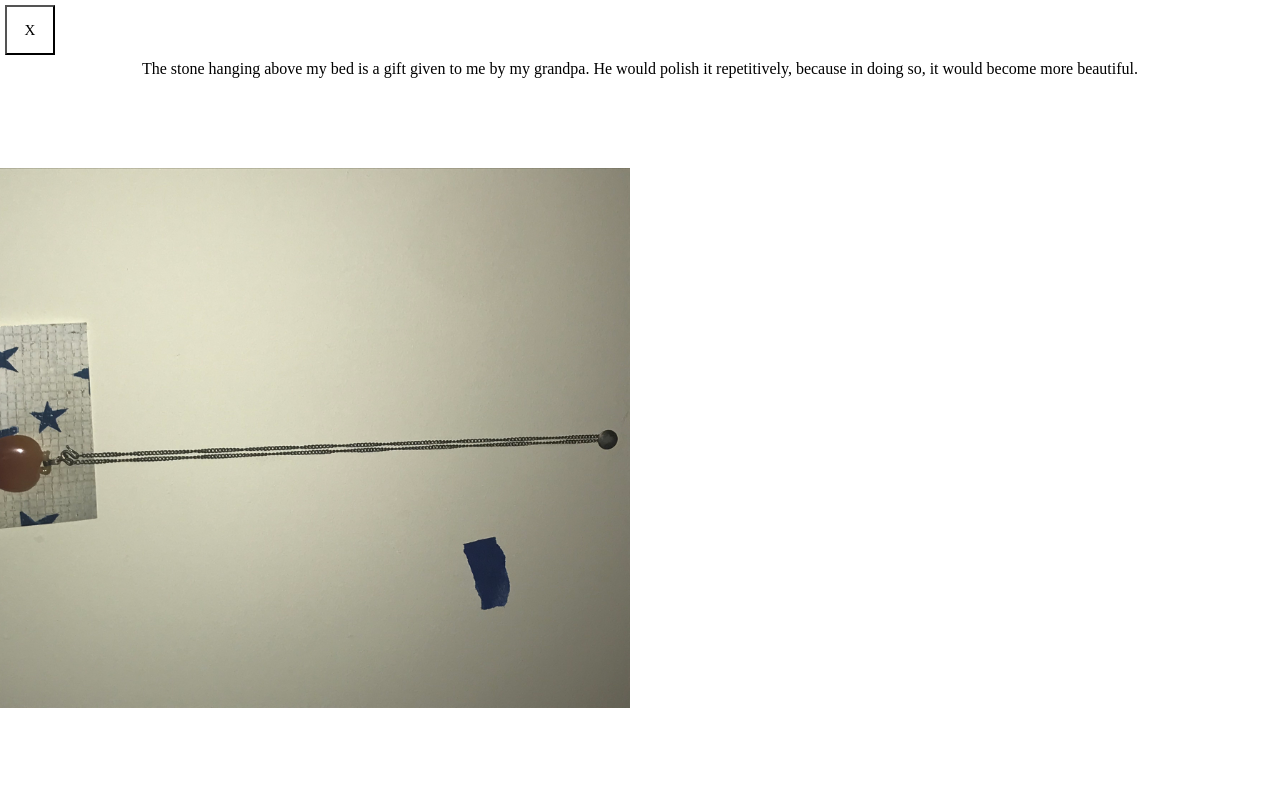
Repository: xuc009/assignment-4
Page: what.html
These files come from the project's save history. The page is drawn as it stood at one moment and after the next save; the edit follows.
The browser window is 1280 px wide. The pictures show the whole page.

Above is the page before, as saved 2019-12-11 16:18:54.
Console error: TypeError: Cannot read properties of null (reading 'addEventListener')

### what.html
<!DOCTYPE html>
<html>
<head>
	<meta charset="utf-8">
	<meta name="viewport" content="width=device-width, initial-scale=1, minimum-scale=1.0, user-scalable=no">
	<title>thing above my bed</title>
	<link rel="stylesheet" type="text/css" href="assets/style.css">
	<script type="text/javascript" src="assets/storageAvailable.js"></script>
	<script type="text/javascript" src="assets/script2.js"></script>
	<script src="assets/timeme.min.js"></script>

</head>
<body>

	<a href="index.html"><button id="question">X</button>
	</a>

	<div id="description">
		<p>The stone hanging above my bed is a gift given to me by my grandpa. He would polish it repetitively, because in doing so, it would become more beautiful. </p>
	</div>

	<img src="assets/stone.jpg">

</body>
</html>

### assets/style.css
*{
	padding: 0;
	margin: 0;
}

#root{
	background-color: magenta;
	width: 100vw;
	height: 100vh;
	position: absolute;
	top: 50%;
	left: 50%;
	transform: translate(-50%, -50%);
	z-index: 9;
}

#background{
	height: 100vh;
	width: 100vw;
	background-color: magenta;
	z-index: -4;
}

#question{
	background-color: white;
	width: 50px;
	height: 50px;
	z-index: 10;
	color: black;
	font-family: 'Times New Roman', Times, serif;
	font-size: 15px;
	margin: 5px;
}

img{
	height: 100vh;
	transform: rotate(90deg);
}

#description{
	text-align: center;
}

### assets/storageAvailable.js
function storageAvailable(type) {
    var storage;
    try {
        storage = window[type];
        var x = '__storage_test__';
        storage.setItem(x, x);
        storage.removeItem(x);
        return true;
    }
    catch(e) {
        return e instanceof DOMException && (
            // everything except Firefox
            e.code === 22 ||
            // Firefox
            e.code === 1014 ||
            // test name field too, because code might not be present
            // everything except Firefox
            e.name === 'QuotaExceededError' ||
            // Firefox
            e.name === 'NS_ERROR_DOM_QUOTA_REACHED') &&
            // acknowledge QuotaExceededError only if there's something already stored
            (storage && storage.length !== 0);
    }
}

### assets/script2.js
console.log("local storage demo file");

var checkForItems = function () {
	if (!storageAvailable('localStorage')) { return; } // if we can use localStorage, don't return


	if (localStorage.getItem('background')) {
		// if item exists:
		console.log("yes!")
		var newColor = localStorage.getItem('background');
		// convert item?

		// apply item data to site:
		document.getElementById("root").style.backgroundColor = newColor;

	}
	else {
		console.log("no");
	}

	if (localStorage.getItem("count")) {
		count = parseInt(localStorage.getItem("count"));

		// update the css of the stone for wherever it was left off

	}

	if (localStorage.getItem("size")) {
		var size = localStorage.getItem("size");
		size = parseInt(size);

		// update the css of the stone for wherever it was left off
		document.getElementById("root").style.height = `${size}px`;
		document.getElementById("root").style.width = `${size}px`;
	}

	if (localStorage.getItem("borderRadius")) {
		var borderRadius = parseInt(localStorage.getItem("borderRadius"));
		// update the css of the stone for wherever it was left off
		document.getElementById("root").style.borderRadius = `${borderRadius}%`;
	}

	if (localStorage.getItem("width")){
		var width = parseInt(localStorage.getItem("width"));
		console.log("yes width");
		// update the css of the stone for wherever it was left off
		document.getElementById("root").style.width = `${width}px`;
	}

	if (localStorage.getItem("height")){
		var width = parseInt(localStorage.getItem("height"));
		console.log("yes height");
		// update the css of the stone for wherever it was left off
		document.getElementById("root").style.height = `${width}px`;
	}
}



// var saveUserInfo = function(){


// 	})

// 	TimeMe.initialize({
// 		currentPageName: "my-home-page", // current page
// 		idleTimeoutInSeconds: 30 // seconds
// 		});

// 		// ... Some time later ...

// 		// Retrieve time spent on current page
// 		var timeSpentOnPage = TimeMe.getTimeOnCurrentPageInSeconds();
// 		console.log("time:", timeSpentOnPage);

// 		TimeMe.callAfterTimeElapsedInSeconds(15, function(){
// 			console.log("The user has been actively using the page for 15 seconds! Let's prompt them with something.");

// 			newRed=255;
// 			newBlue=0;
// 			newGreen=0;

// 			var newColor = `rgb(${newRed}, ${newGreen}, ${newBlue})`
// 			localStorage.setItem('background', newColor);
// 			document.getElementById("root").style.backgroundColor= newColor;
// 		});

// }


// once content has been loaded
window.addEventListener('DOMContentLoaded', function () {
	checkForItems();
	// saveUserInfo(); // run saving user info
	stoneInteraction();
});



var red, blue, green, borderRadius;

//here:
// update count variable based off of localstorage item



var count = 0;
count = parseInt(count);

var colorChange = function (){

	var myDiv = document.getElementById("root");
	var goingup = true;
	var greenGoingup = true;
	var blueGoingup = true;

	myDiv.addEventListener('mousemove', function () {
		var currentColor = myDiv.style.backgroundColor;
		console.log(myDiv.style.backgroundColor);

		currentColor = currentColor.substring(4, currentColor.length - 1)
			.replace(/ /g, '')
			.split(',');

		console.log("current color:", currentColor);

		var red = currentColor[0];
		red = parseInt(red);
		var green = currentColor[1];
		green = parseInt(green);
		var blue = currentColor[2];
		blue = parseInt(blue);


		//var newRed = red + 1;
		var newGreen = green - 2;
		var newBlue = blue + 1;



		//RED
		if (goingup === true) {
			newRed = red + 2;
			console.log("going up", newRed)
			console.log (goingup)
			if (red >= 255) {
				goingup = false
			}
		} else {
			newRed = red - 2;
			if (red <= 0) {
				goingup = true;
			}
		}
		//GREEN
		if (greenGoingup === true) {
			newGreen = green + 6;
			if (green >= 255) {
				greenGoingup = false
			}
		} else {
			newGreen = green - 6;
			if (green <= 0) {
				greenGoingup = true;
			}
		}
		//BLUE
		if (blueGoingup === true) {
			newGreen = blue + 9;
			// console.log("going up", newRed)
			if (blue >= 255) {
				blueGoingup = false
			}
		} else {
			newBlue = blue - 9;
			// console.log("going down", newRed)
			if (blue <= 0) {
				blueGoingup = true;
			}
		}

		var newColor = `rgb(${newRed}, ${newGreen}, ${newBlue})`


		// save or overwrite item:
		localStorage.setItem('background', newColor);


		// update site:
		myDiv.style.backgroundColor = newColor;

	})

}

var stoneInteraction = function () {

	var myDiv = document.getElementById("root");

	myDiv.addEventListener("mouseenter", function () {

		count++;
		localStorage.setItem('count', count);
		console.log("count:", count);

		if (count > 0 && count <= 200) {
			colorChange();
		}else if (count > 200 && count <= 400) {
			//DECREASE TO SQUARE
				myDiv.addEventListener("mouseover", function () {
					var currentSize = myDiv.offsetWidth;
					currentSize = parseInt(currentSize);
					console.log("current size:", currentSize);
					var newSize = currentSize - .5;
					console.log("NEW size:", newSize)
					// save or overwrite item:
					localStorage.setItem('size', newSize);

					// update site:
					myDiv.style.height = `${newSize}px`;
					myDiv.style.width = `${newSize}px`;
				})

		} else if (count >= 400 && count < 800){
			//ROUND UNTIL CIRCULAR
			var newBorderRadius = (count / 100) * 5 + "%";
			console.log("border radius:", myDiv.style.borderRadius);
			localStorage.setItem('borderRadius', newBorderRadius);
			myDiv.style.borderRadius = newBorderRadius;

		} else if (count >= 800 && count < 1500) {
			//lengthen and flatten until line
			localStorage.setItem('borderRadius', 50 + "%");
			var newWidth = myDiv.offsetWidth + (count/50) + "px";
			var newHeight = myDiv.offsetHeight - (count/150) + "px";
			myDiv.style.width = `${newWidth}`;
			myDiv.style.height = `${newHeight}`;
			console.log(newHeight);
			localStorage.setItem(`height`, newHeight);
			localStorage.setItem('width', newWidth);
		} else if (count >= 1500 && count < 4000) {
			//line sinks
			var background = document.getElementById("background");
			background.style.backgroundColor=red;
			localStorage.setItem(`height`, 10 +"px");
			localStorage.setItem(`width`, 10 +"px");
			var newTopPosition = myDiv.offsetTop + 10 + "px";
			console.log("top",myDiv.offsetTop);
			myDiv.style.top = newTopPosition;
			localStorage.setItem('topPositon', newTopPosition);
		} else if (count >= 4000 && count < 5000)
			//line refils with a background interaction??
			localStorage.setItem("width", 100 +"vw");
			var newHeightLarge =myDiv.offsetHeight + 10 + "px";
			myDiv.style.height= newHeightLarge;
		})
	}

Loaded but not shown: assets/timeme.min.js (library)

After the next save:
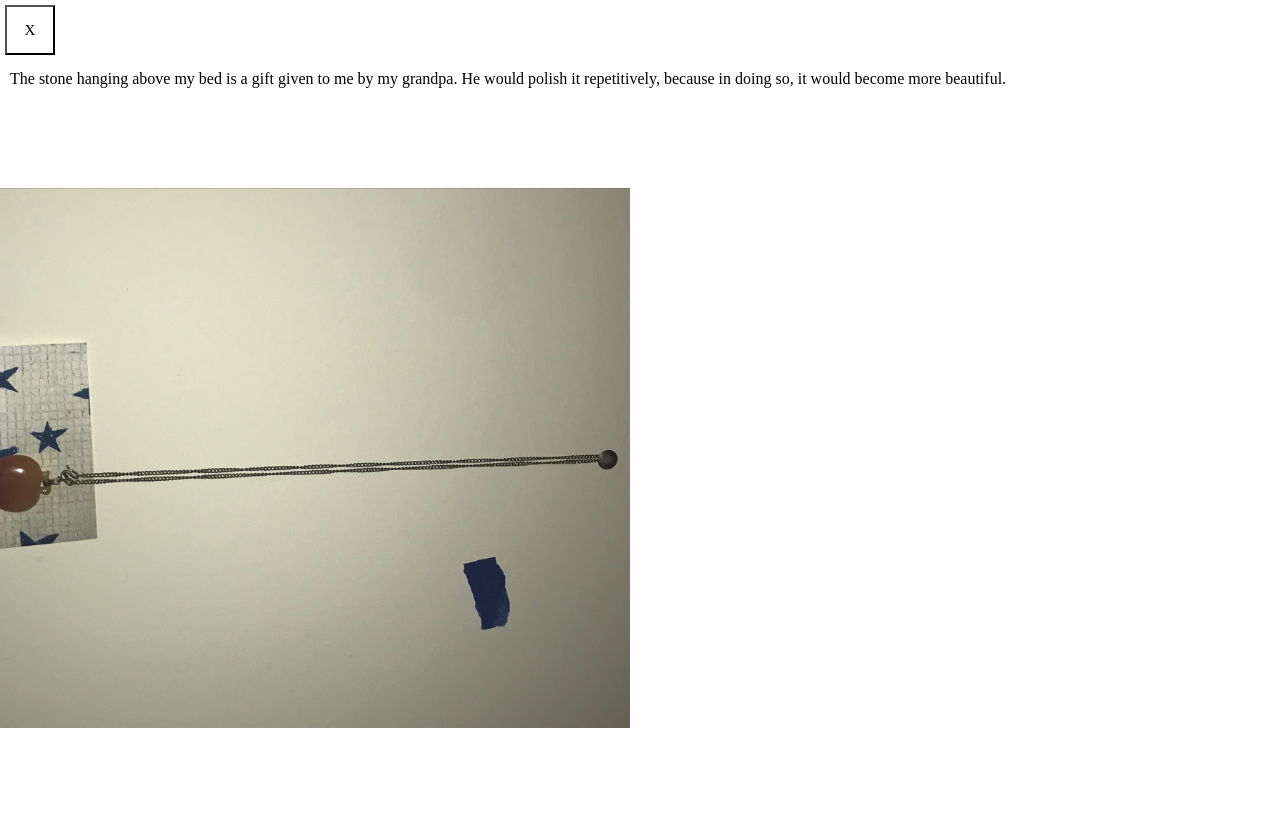
Saved 9 s later.
--- a/assets/style.css
+++ b/assets/style.css
@@ -38,5 +38,5 @@ img{
 }
 
 #description{
-	text-align: center;
+	margin:10px
 }
